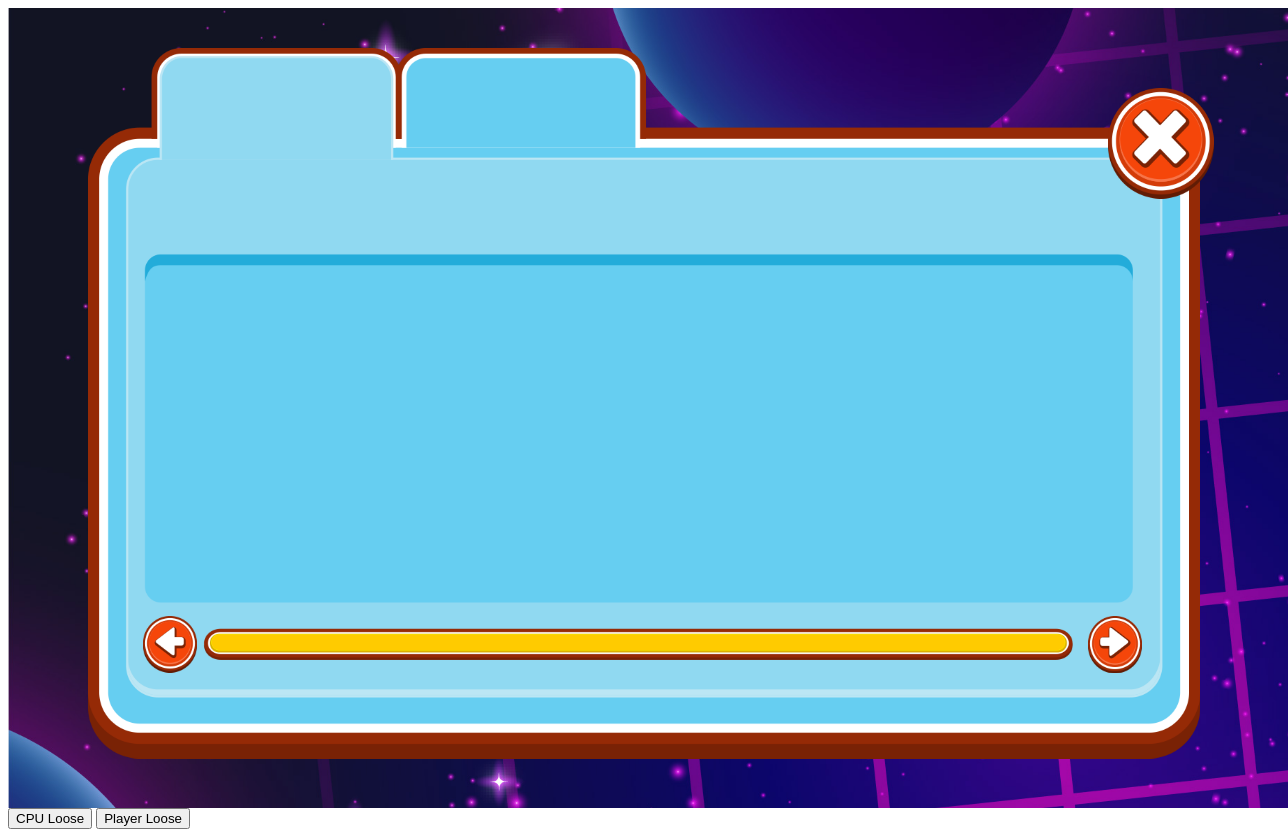
Repository: getvoiceagency/html5
Page: progress.html
The author's editor kept a record of every edit. The page is drawn from the files as they stood at one moment, then again after the next edit.
The browser window is 1280 px wide. The page is 1288 px wide, so the pictures cover 1288 px, including what lies to the right of the window. The pictures show the whole page.
Some web fonts or font styles are not loaded; a fallback is used. Some web libraries are served in a nearby version.

Above is the page before.

After the next edit:
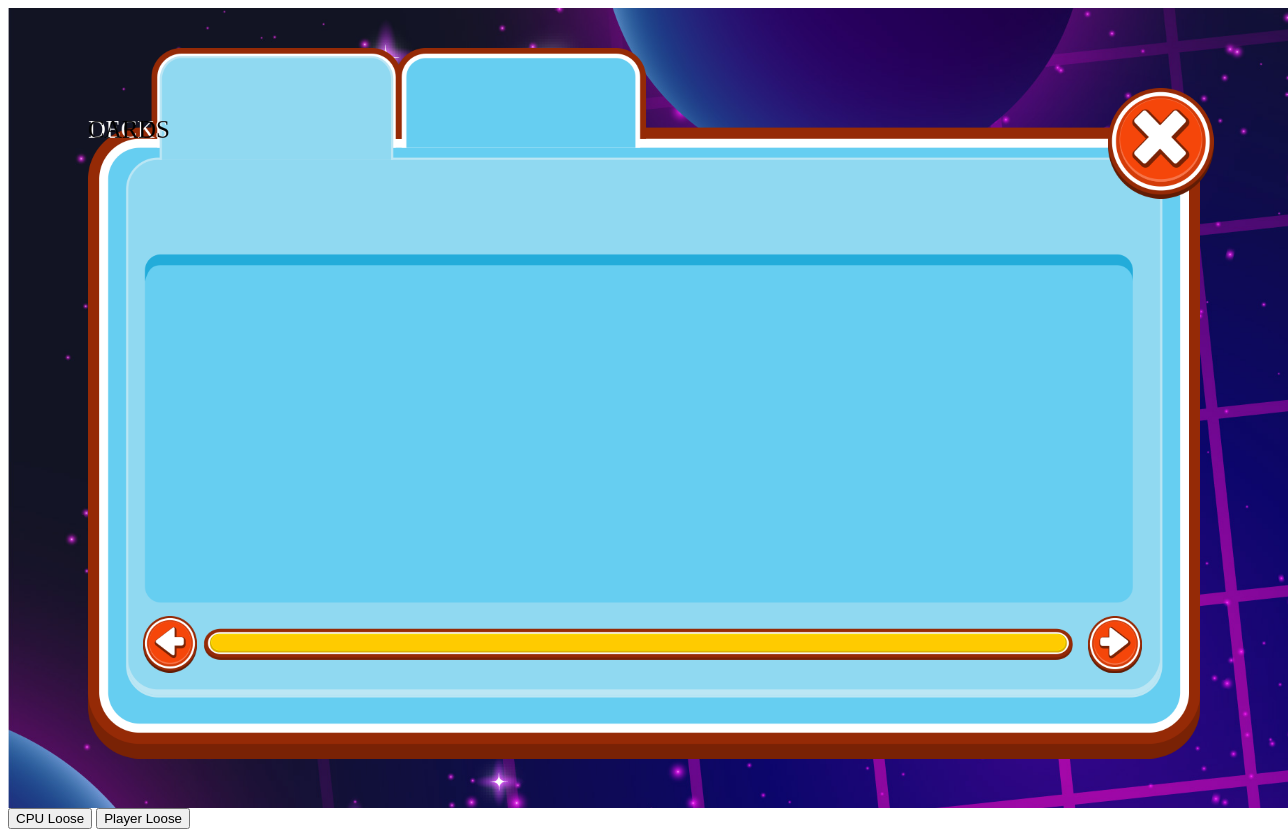
The edit:
--- a/progress.html
+++ b/progress.html
@@ -149,9 +149,11 @@
     //Paint images to screen
 
     progress.addChild(deckUi);
-        progress.addChild(cancelUi);
-            progress.addChild(arrowLeftUi);
-                progress.addChild(arrowRightUi);
+    progress.addChild(cancelUi);
+    progress.addChild(arrowLeftUi);
+    progress.addChild(arrowRightUi);
+    progress.addChild(deckText);
+    progress.addChild(cardText);
 
 
 // start animating
